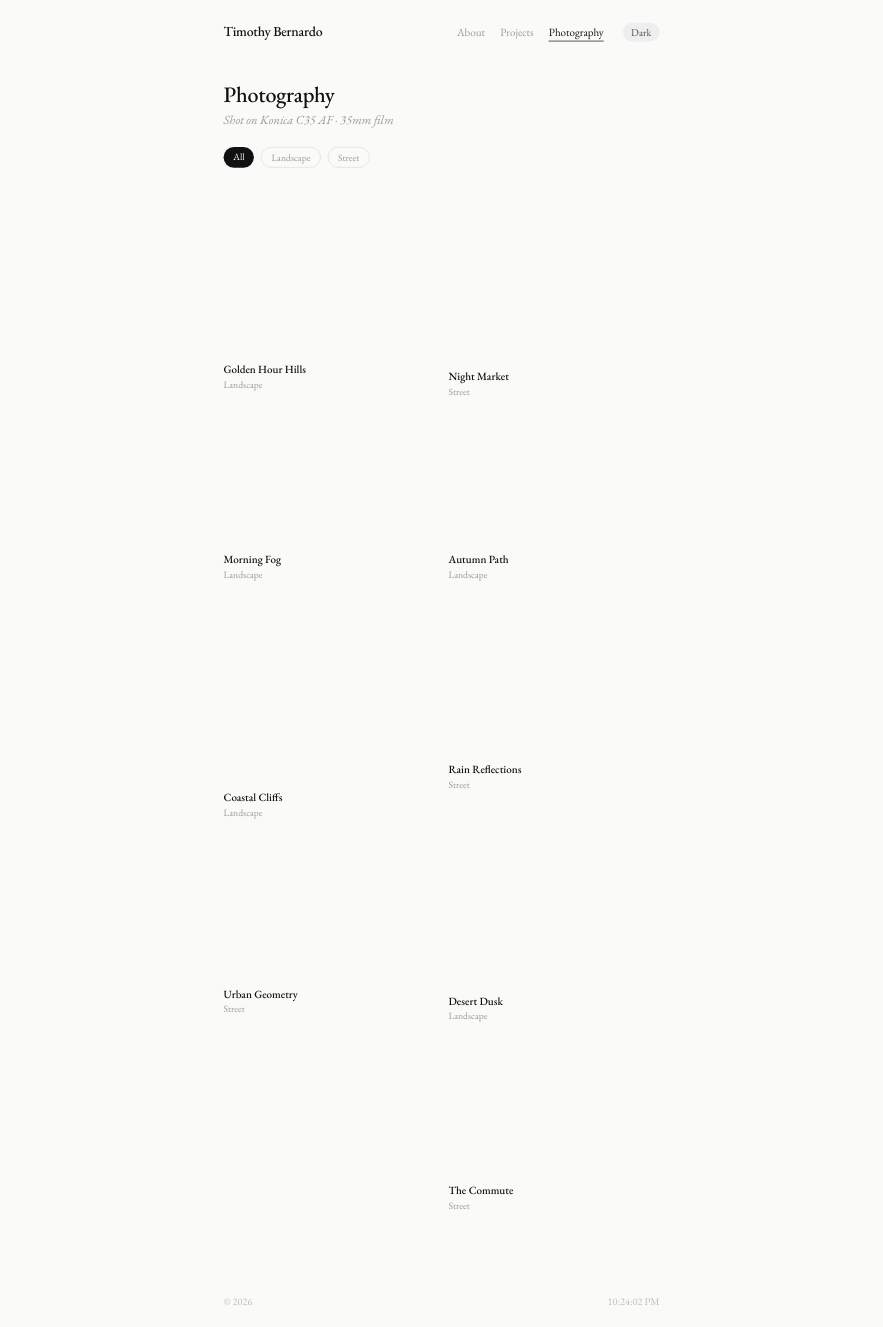
Repository: timothybernardo/portfolio
Page: /photography
These files come from the project's save history. The page is drawn as it stood at one moment and after the next save; the edit follows.
The browser window is 1280 px wide. The pictures show the whole page, at 69% of full size.
The project was rebuilt for these pictures with package versions that can differ from the ones it lists, and the page was loaded fresh each time. Also part of the build but not shown: src/pages/Home.jsx, src/data/experience.js, src/pages/About.jsx, src/data/projects.js, src/pages/Projects.jsx.

Above is the page before, as saved 2026-03-07 22:32:07.

After the next save:
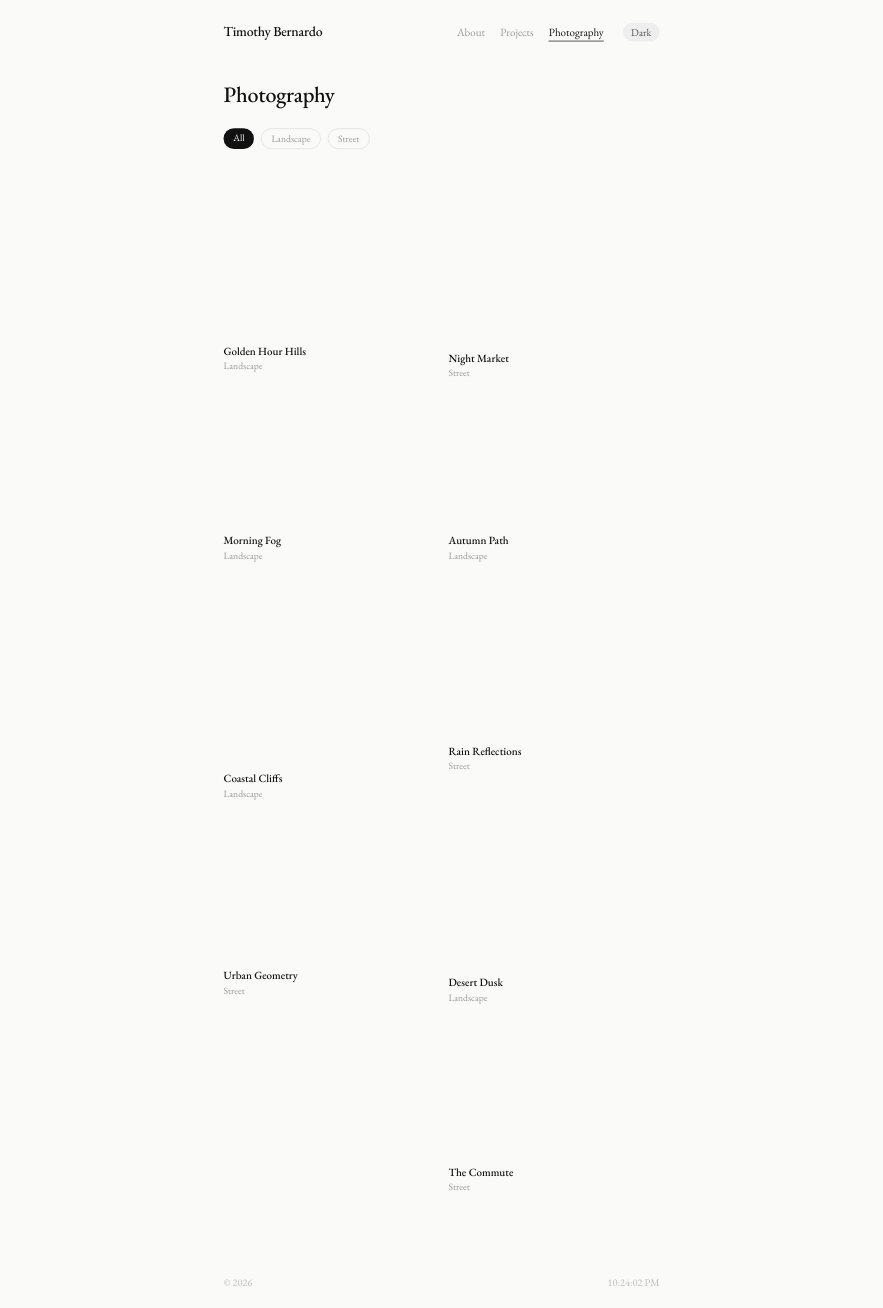
Saved 42 s later.
--- a/src/pages/Photography.jsx
+++ b/src/pages/Photography.jsx
@@ -16,7 +16,6 @@ function Gallery({ theme }) {
         Photography
       </h2>
       <p style={{ fontSize: 18, color: theme.muted, marginBottom: 28, fontStyle: "italic" }}>
-        Shot on Konica C35 AF · 35mm film
       </p>
       <div style={{ display: "flex", gap: 10, marginBottom: 32 }}>
         {categories.map((cat) => (
